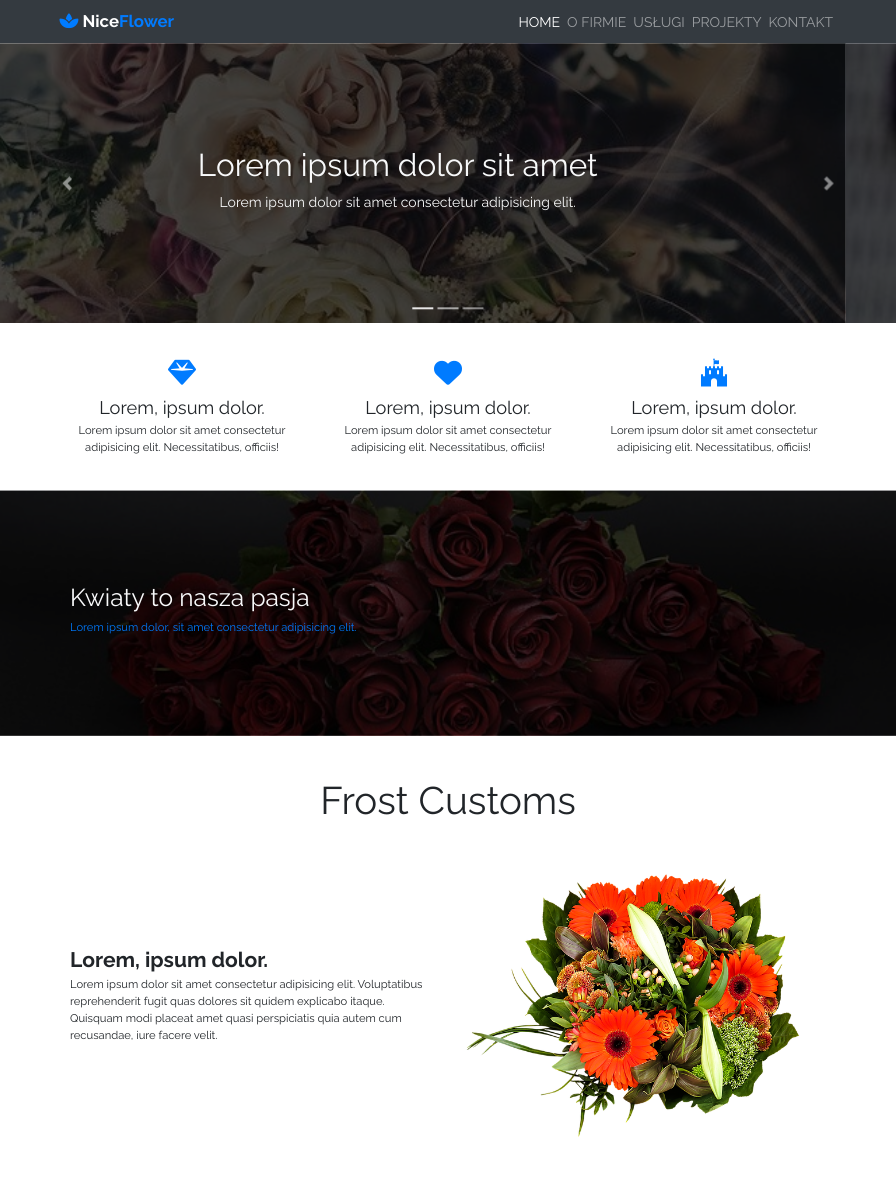
Repository: KrzysKolo/Projekt-13_Kwiaciarnia
Page: index.html
An editor plug-in stored every save of this project. The page is shown before and after the next save, followed by the edit.
The browser window is 1280 px wide. The pictures show the whole page, at 70% of full size.
Some web libraries are served in a nearby version.

Above is the page before, as saved 2020-08-10 01:34:04.

After the next save:
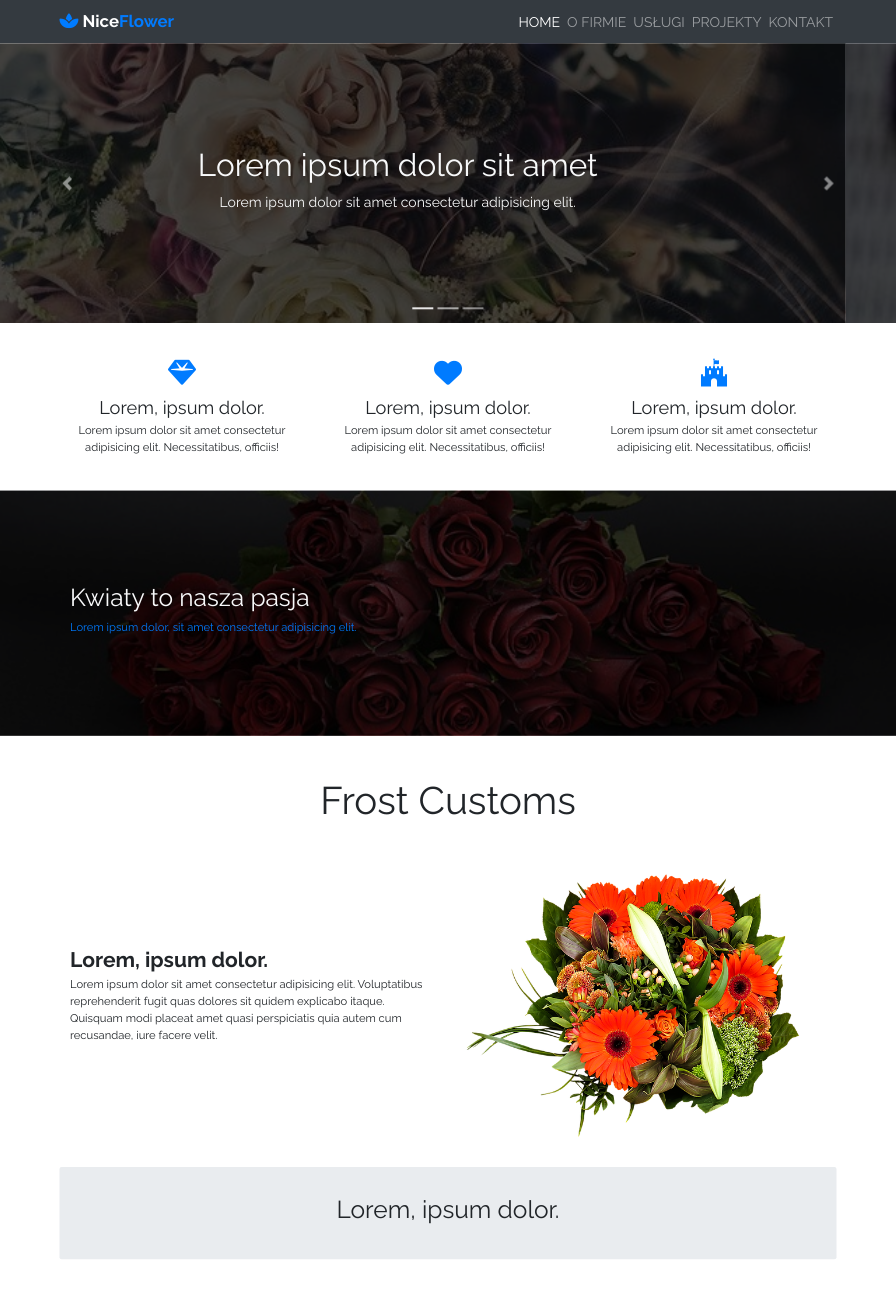
Saved 3 min 53 s later.
--- a/index.html
+++ b/index.html
@@ -191,6 +191,11 @@
             </div>
           </div>
         </div>
+        <div class="container pb-5">
+          <div class="jumbotron text-center">
+            <p class="display-4">Lorem, ipsum dolor.</p>
+          </div>
+        </div>
       </section>
     </main>
     <script
